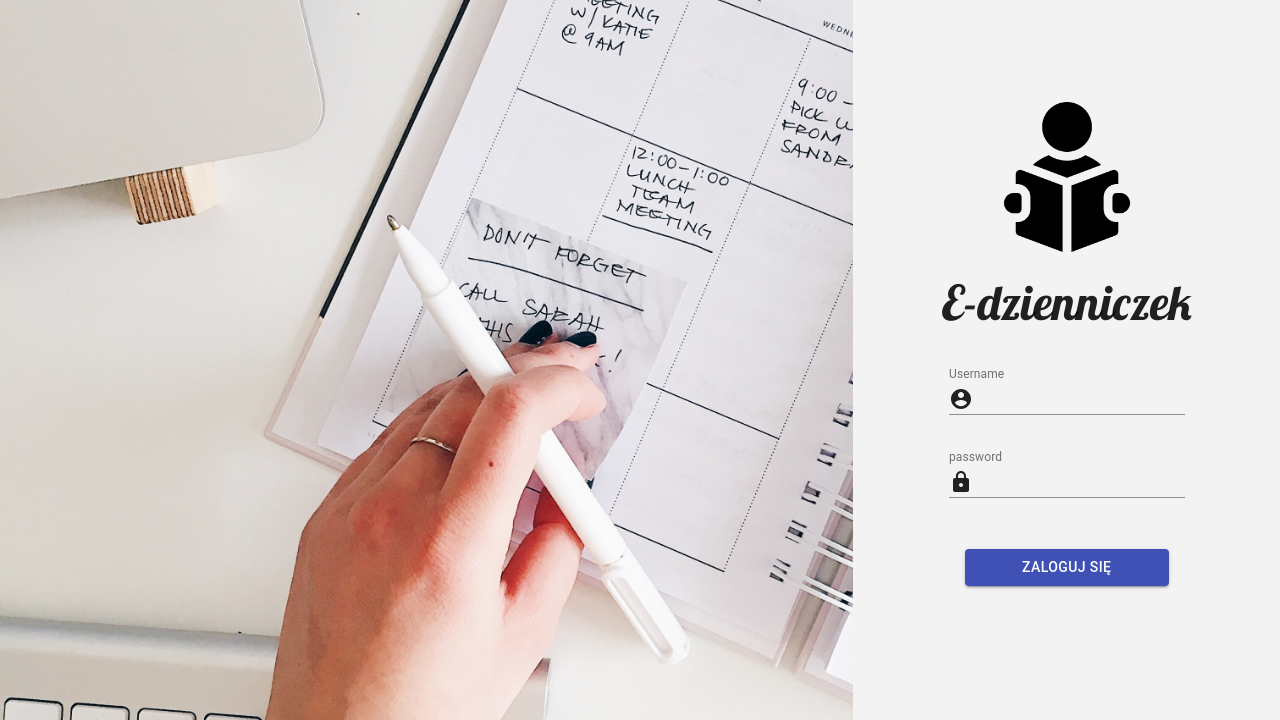
Repository: dominik3131/E-dzienniczek
Page: /
The author's editor kept a copy of each file at every save. The page is drawn from the files as they stood at one save, then again after the next save.
The browser window is 1280 px wide. The pictures show the whole page.
The project was rebuilt for these pictures with package versions that can differ from the ones it lists, and the page was loaded fresh each time. Also part of the build but not shown: src/containers/LoginPageContainer/MainUserPageContainer/index.js.

Above is the page before, as saved 2020-11-18 13:17:38.

After the next save:
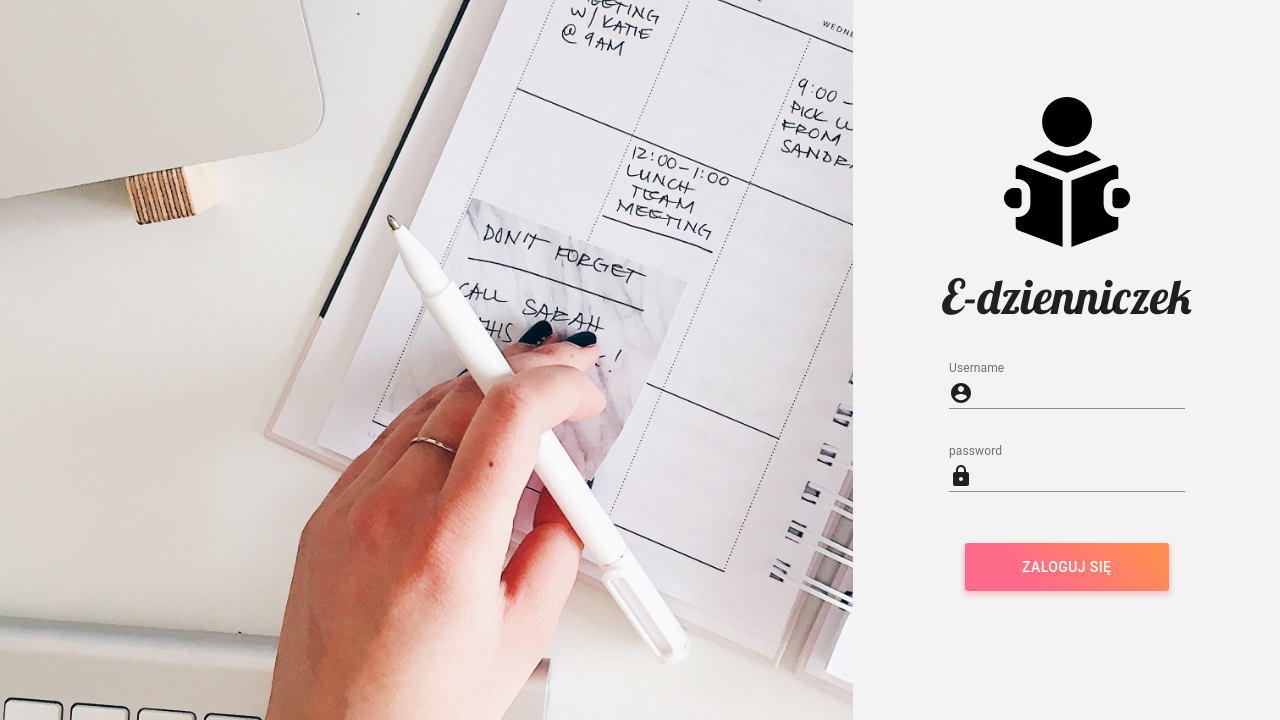
Saved 71 s later.
--- a/src/components/LoginForm/LoginForm.js
+++ b/src/components/LoginForm/LoginForm.js
@@ -3,7 +3,8 @@ import { useSelector } from "react-redux";
 import InputAdornment from "@material-ui/core/InputAdornment";
 import AccountCircle from "@material-ui/icons/AccountCircle";
 import LockRoundedIcon from "@material-ui/icons/LockRounded";
-import { Button, TextField } from "@material-ui/core";
+import { TextField } from "@material-ui/core";
+import LogOutButton from "../LogOutButton";
 import Alert from "@material-ui/lab/Alert";
 import { makeStyles } from "@material-ui/core/styles";
 
@@ -68,14 +69,14 @@ const LoginForm = ({ validateErrors, tryLogin, showErrors }) => {
         type="password"
         onChange={handleChange}
       />
-      <Button
+      <LogOutButton
         variant="contained"
         color="primary"
         className={classes.margin}
         onClick={() => tryLogin({ ...data })}
       >
         Zaloguj się
-      </Button>
+      </LogOutButton>
     </form>
   );
 };
